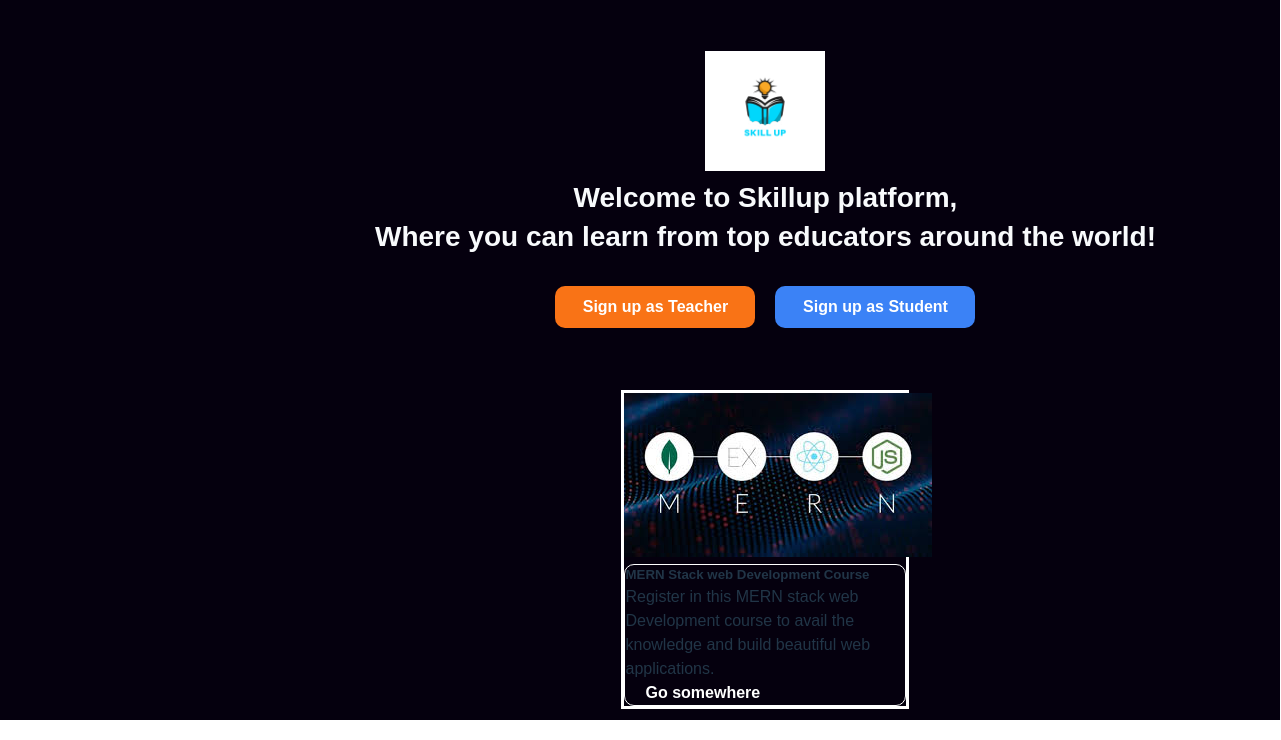
Repository: gowtham-jo/Learning-Management-System
Page: /
These files come from the project's save history. The page is drawn as it stood at one moment and after the next save; the edit follows.
The browser window is 1280 px wide. The page is 1281 px wide, then 1280 px, then 1281 px, so the pictures cover 1281 px, including what lies to the right of the window. The pictures show the whole page.
The project was rebuilt for these pictures with package versions that can differ from the ones it lists, and the page was loaded fresh each time. Also part of the build but not shown: vite.config.js, src/StudentRegistration.jsx, src/TeacherRegistration.jsx.

Above is the page before, as saved 2026-01-27 20:31:36.

After the next save:
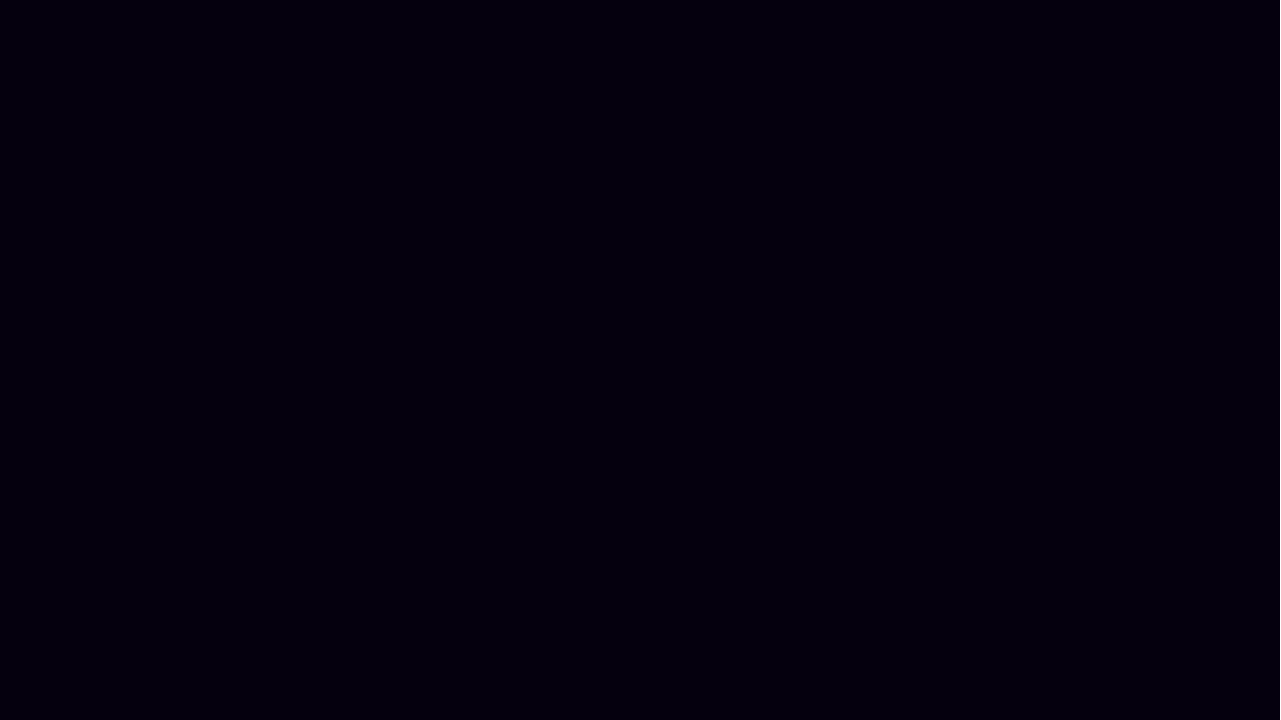
Console error: ReferenceError: width is not defined
Saved 5 s later.
--- a/src/Homepage.jsx
+++ b/src/Homepage.jsx
@@ -34,7 +34,7 @@
         </div>
       </div>
       <div className="card" style={{ width: "18rem",border:"3px solid white" }}>
-        <img src={mern} className="card-img-top" alt="..."style={{}} />
+        <img src={mern} className="card-img-top" alt="..."style={{width}} />
           <div className="card-body" style={{ borderRadius: "10px" ,border:"1px white solid"}}>
             <h5 className="card-title">MERN Stack web Development Course</h5>
             <p className="card-text">Register in this MERN stack web Development course to avail the knowledge and build beautiful web applications.</p>

After the 2 saves that followed:
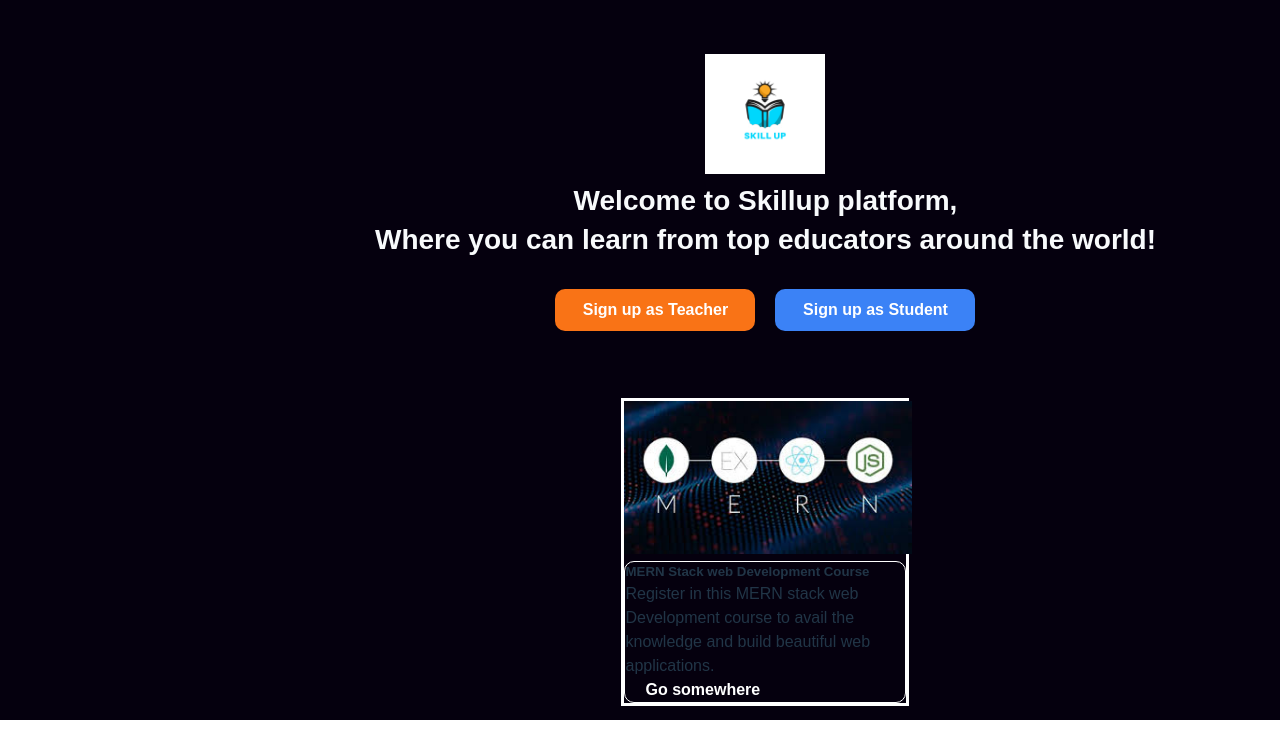
The error is gone.
The 2 saves are shown as one change because they came seconds apart.
The last was saved 6 s later.
--- a/src/Homepage.jsx
+++ b/src/Homepage.jsx
@@ -34,7 +34,7 @@
         </div>
       </div>
       <div className="card" style={{ width: "18rem",border:"3px solid white" }}>
-        <img src={mern} className="card-img-top" alt="..."style={{width}} />
+        <img src={mern} className="card-img-top" alt="..."style={{width:"18rem"}} />
           <div className="card-body" style={{ borderRadius: "10px" ,border:"1px white solid"}}>
             <h5 className="card-title">MERN Stack web Development Course</h5>
             <p className="card-text">Register in this MERN stack web Development course to avail the knowledge and build beautiful web applications.</p>
